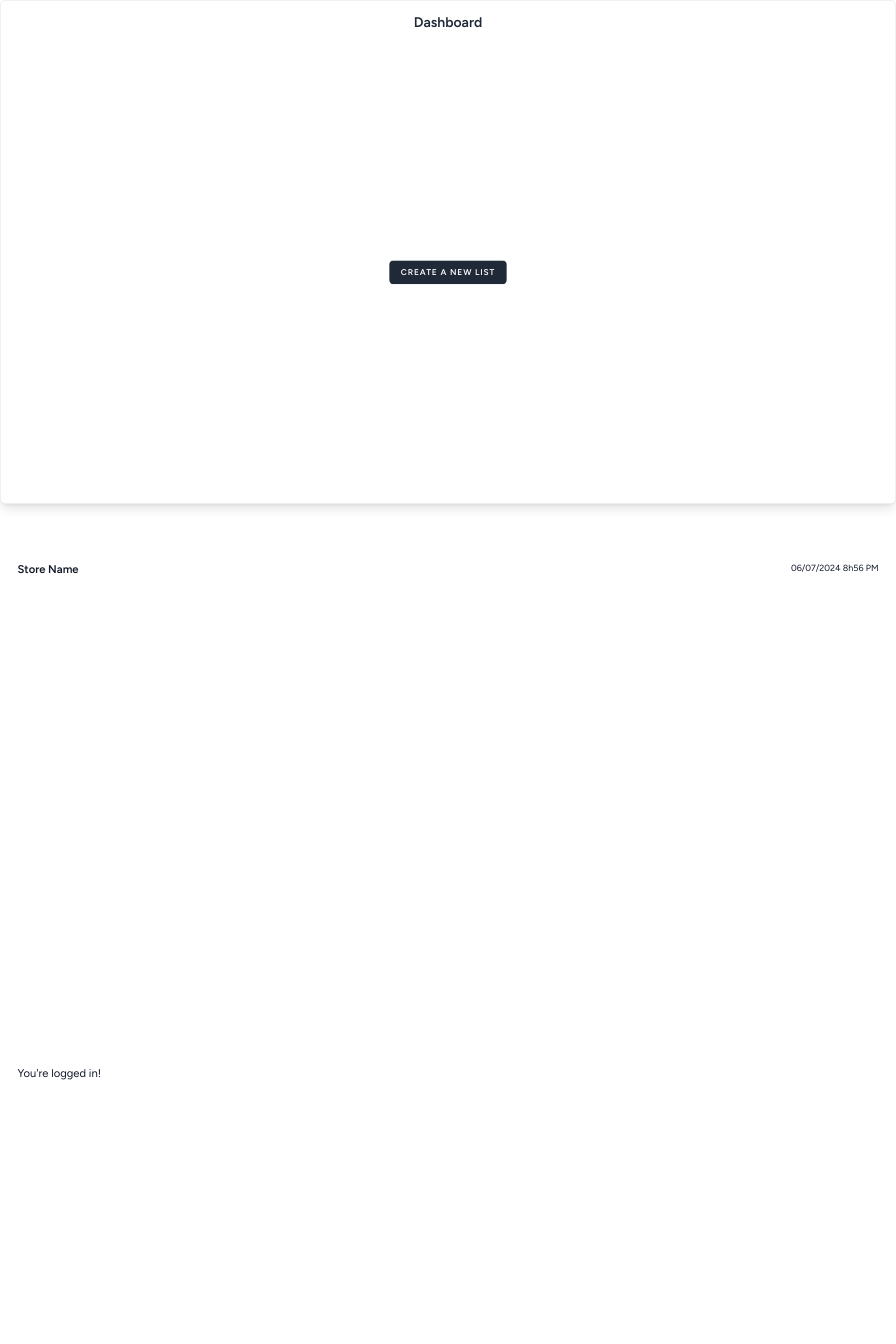
Repository: RudyAnconi/grocery
Page: resources/views/dashboard.blade.php
These files come from the project's save history. The page is drawn as it stood at one moment and after the next save; the edit follows.
The browser window is 1280 px wide. The pictures show the part of the page from y = 0 to 1920 px (the page is 2881 px tall before and 2880 px after), at 70% of full size.
The page is served by the project's Laravel application, run on PHP 8.4 with Laravel 12. Style sheets and scripts are compiled from the project's sources, by tool versions that may differ from the author's. The template is opened directly, without the code that normally fills it, so the values that code supplies are empty.

Above is the page before, as saved 2024-06-07 21:15:04.

After the next save:
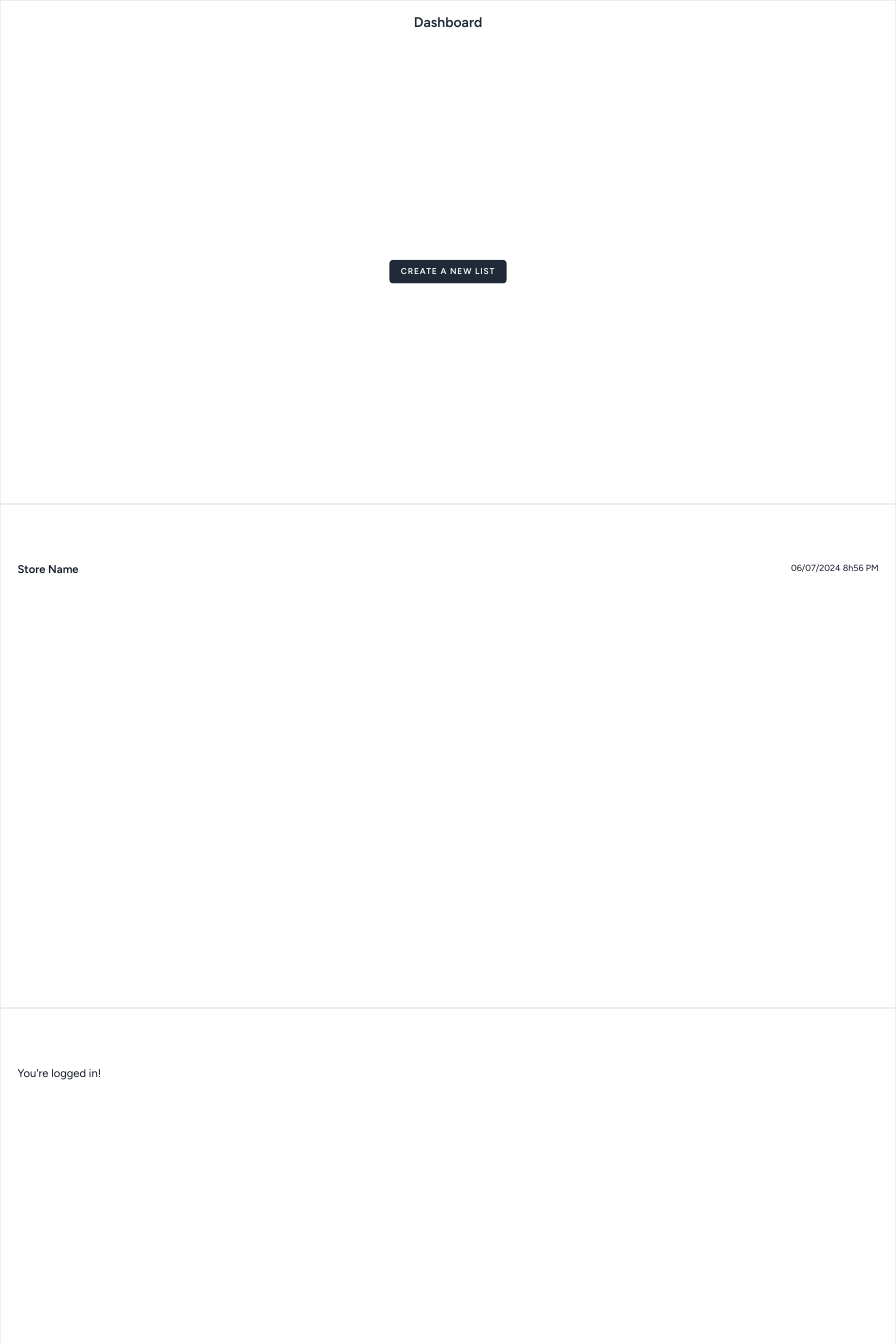
Saved 44 s later.
--- a/resources/views/dashboard.blade.php
+++ b/resources/views/dashboard.blade.php
@@ -5,20 +5,20 @@
         </h2>
     </x-slot>
     <article id="section-list"
-        class="bg-white shadow-lg border border-gray-200 sm:rounded-lg
+        class="bg-white
      h-screen snap-y snap-mandatory">
-        <section class="p-6 text-gray-900 h-screen pt-20 flex justify-center items-center snap-start">
+        <section class="p-6 text-gray-900 h-screen pt-20 flex justify-center items-center snap-start border border-gray-200 ">
             <x-primary-button>{{ __('Create a new list') }}</x-primary-button>
         </section>
-        <section class="p-6 text-gray-900 h-screen pt-20 snap-start">
+        <section class="p-6 text-gray-900 h-screen pt-20 snap-start border border-gray-200">
             <div class="flex justify-between">
                 <strong>{{ __('Store Name') }}</strong> <small>{{ __('06/07/2024 8h56 PM') }}</small>
             </div>
         </section>
-        <section class="p-6 text-gray-900 h-screen pt-20 snap-start">
+        <section class="p-6 text-gray-900 h-screen pt-20 snap-start border border-gray-200">
             {{ __("You're logged in!") }}
         </section>
-        <section class="p-6 text-gray-900 h-screen pt-20 snap-start">
+        <section class="p-6 text-gray-900 h-screen pt-20 snap-start border border-gray-200">
             {{ __("You're logged in!") }}
         </section>
     </article>
